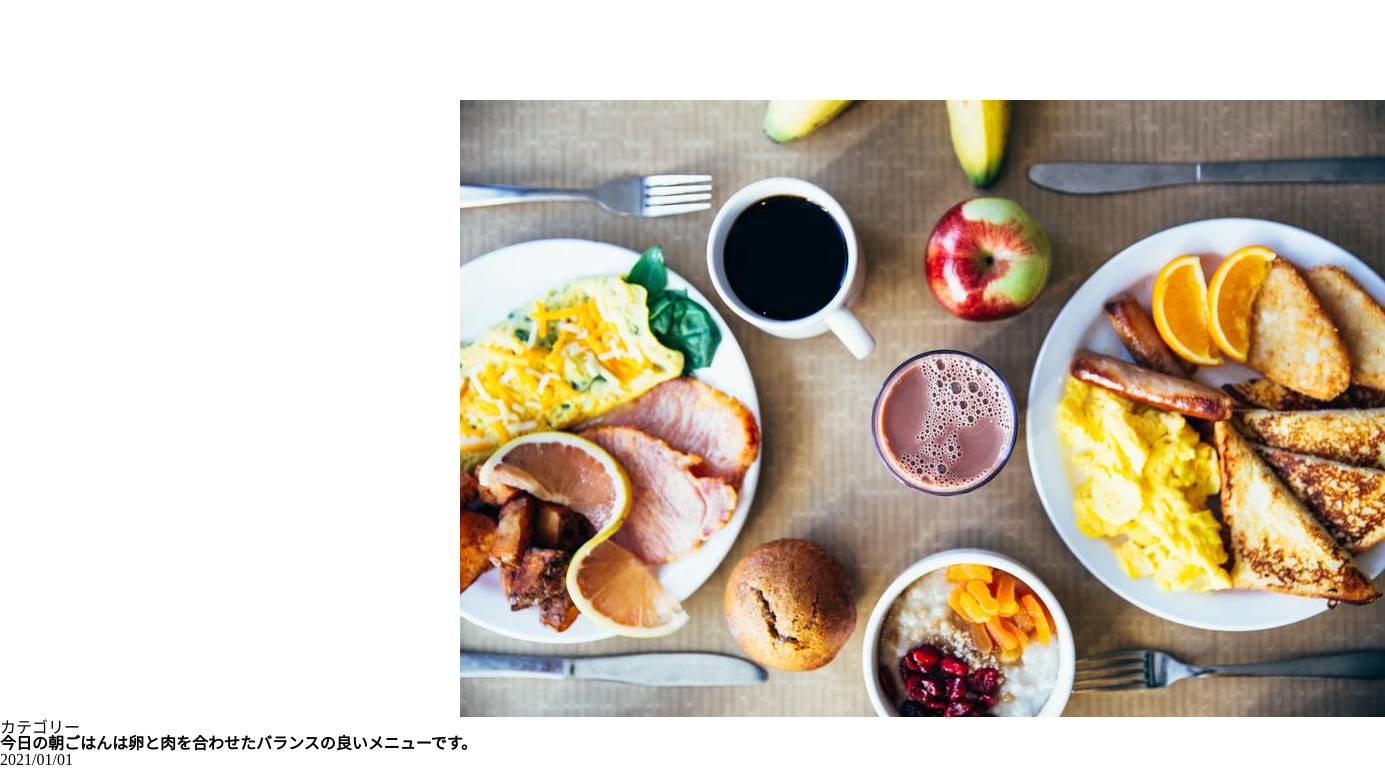
Repository: yosuke257/20231104_watanabe_css
Page: coachtech/html-css/index.html
An editor plug-in stored every save of this project. The page is shown before and after the next save, followed by the edit.
The browser window is 1280 px wide. The page is 1385 px wide, so the pictures cover 1385 px, including what lies to the right of the window. The pictures show the whole page.

Above is the page before, as saved 2023-10-23 00:04:09.

### coachtech/html-css/index.html
<!DOCTYPE html>
<html lang="ja">

<head>
    <meta charset="UTF-8">
    <meta name="viewport" content="width=device-width, initial-scale=1.0">
    <title>Document</title>
    <link rel="stylesheet" href="css/style.css" />
    <link rel="stylesheet" href="css/reset.css" />
</head>

<body>
    <div class="card">
        <div class="card__img">
            <img src="img/card.jpg" alt="">
        </div>
    </div>

    <div class="card__content">
        <div class="card__content-cat">カテゴリー</div>
        <h2 class="card__content-ttl">
            今日の朝ごはんは卵と肉を合わせたバランスの良いメニューです。
        </h2>
        <div class="card__content-tag">
            <p class="card__content-tag-item"></p>
            <p class="card__content-tag-item card__content-tag-item--last">2021/01/01</p>
        </div>
    </div>
</body>

</html>

### coachtech/html-css/css/style.css
.card {
    width: 360px;
    margin: 100px auto 0;
}

### coachtech/html-css/css/reset.css
 /*
html5doctor.com Reset Stylesheet
v1.6.1
Last Updated: 2010-09-17
Author: Richard Clark - http://richclarkdesign.com
Twitter: @rich_clark
*/

 html,
 body,
 div,
 span,
 object,
 iframe,
 h1,
 h2,
 h3,
 h4,
 h5,
 h6,
 p,
 blockquote,
 pre,
 abbr,
 address,
 cite,
 code,
 del,
 dfn,
 em,
 img,
 ins,
 kbd,
 q,
 samp,
 small,
 strong,
 sub,
 sup,
 var,
 b,
 i,
 dl,
 dt,
 dd,
 ol,
 ul,
 li,
 fieldset,
 form,
 label,
 legend,
 table,
 caption,
 tbody,
 tfoot,
 thead,
 tr,
 th,
 td,
 article,
 aside,
 canvas,
 details,
 figcaption,
 figure,
 footer,
 header,
 hgroup,
 menu,
 nav,
 section,
 summary,
 time,
 mark,
 audio,
 video {
     margin: 0;
     padding: 0;
     border: 0;
     outline: 0;
     font-size: 100%;
     vertical-align: baseline;
     background: transparent;
 }

 body {
     line-height: 1;
 }

 article,
 aside,
 details,
 figcaption,
 figure,
 footer,
 header,
 hgroup,
 menu,
 nav,
 section {
     display: block;
 }

 nav ul {
     list-style: none;
 }

 blockquote,
 q {
     quotes: none;
 }

 blockquote:before,
 blockquote:after,
 q:before,
 q:after {
     content: '';
     content: none;
 }

 a {
     margin: 0;
     padding: 0;
     font-size: 100%;
     vertical-align: baseline;
     background: transparent;
 }

 /* change colours to suit your needs */
 ins {
     background-color: #ff9;
     color: #000;
     text-decoration: none;
 }

 /* change colours to suit your needs */
 mark {
     background-color: #ff9;
     color: #000;
     font-style: italic;
     font-weight: bold;
 }

 del {
     text-decoration: line-through;
 }

 abbr[title],
 dfn[title] {
     border-bottom: 1px dotted;
     cursor: help;
 }

 table {
     border-collapse: collapse;
     border-spacing: 0;
 }

 /* change border colour to suit your needs */
 hr {
     display: block;
     height: 1px;
     border: 0;
     border-top: 1px solid #cccccc;
     margin: 1em 0;
     padding: 0;
 }

 input,
 select {
     vertical-align: middle;
 }

After the next save:
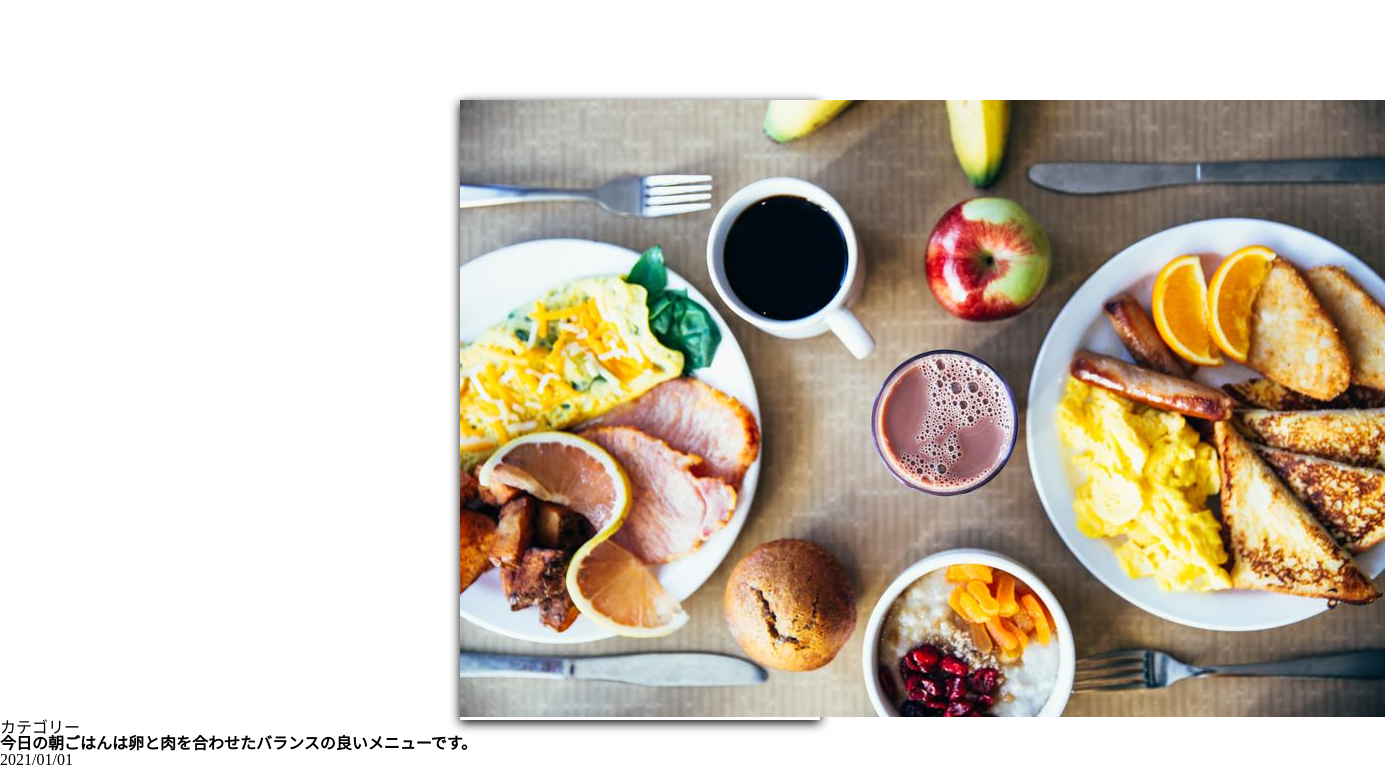
Saved 2 min 1 s later.
--- a/coachtech/html-css/css/style.css
+++ b/coachtech/html-css/css/style.css
@@ -1,4 +1,5 @@
 .card {
     width: 360px;
     margin: 100px auto 0;
+    box-shadow: 0px 3px 10px rgba(0, 0, 0, 2);
 }
